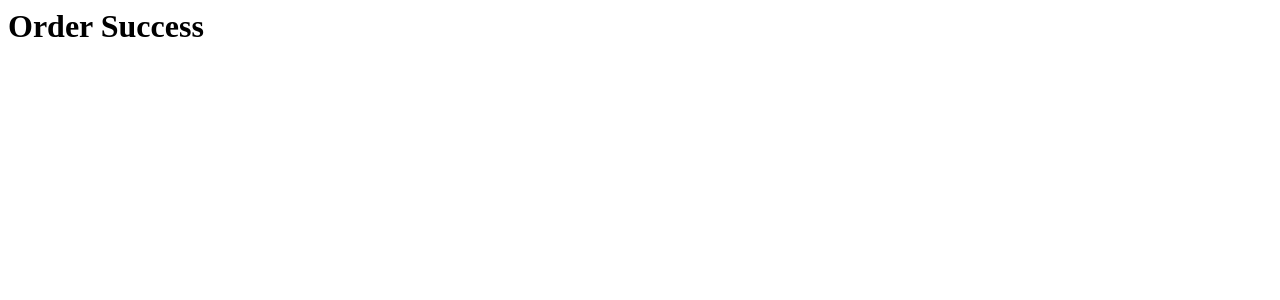
Repository: phamquyet29/duan1
Page: http://localhost/da1_nhom2/client/views/home/thanks.php
These files come from the project's save history. The page is drawn as it stood at one moment and after a run of saves; the edit follows.
The browser window is 1280 px wide. The pictures show the whole page.
The page is run by PHP 8.4 with error messages shown; the project is at /var/www/html/.

Above is the page before, as saved 2023-04-11 21:57:51.

### client/views/home/thanks.php
<h1>Order Success<a href=""></a></h1>

After the next 2 saves:
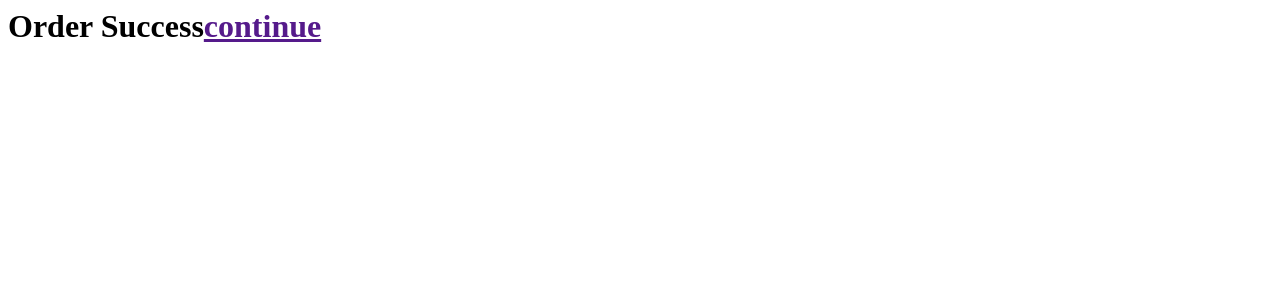
The 2 saves are shown as one change because they came seconds apart.
The last was saved 10 s later.
--- a/client/views/home/thanks.php
+++ b/client/views/home/thanks.php
@@ -1 +1 @@
-<h1>Order Success<a href=""></a></h1>
+<h1>Order Success<a href="">continue</a></h1>
